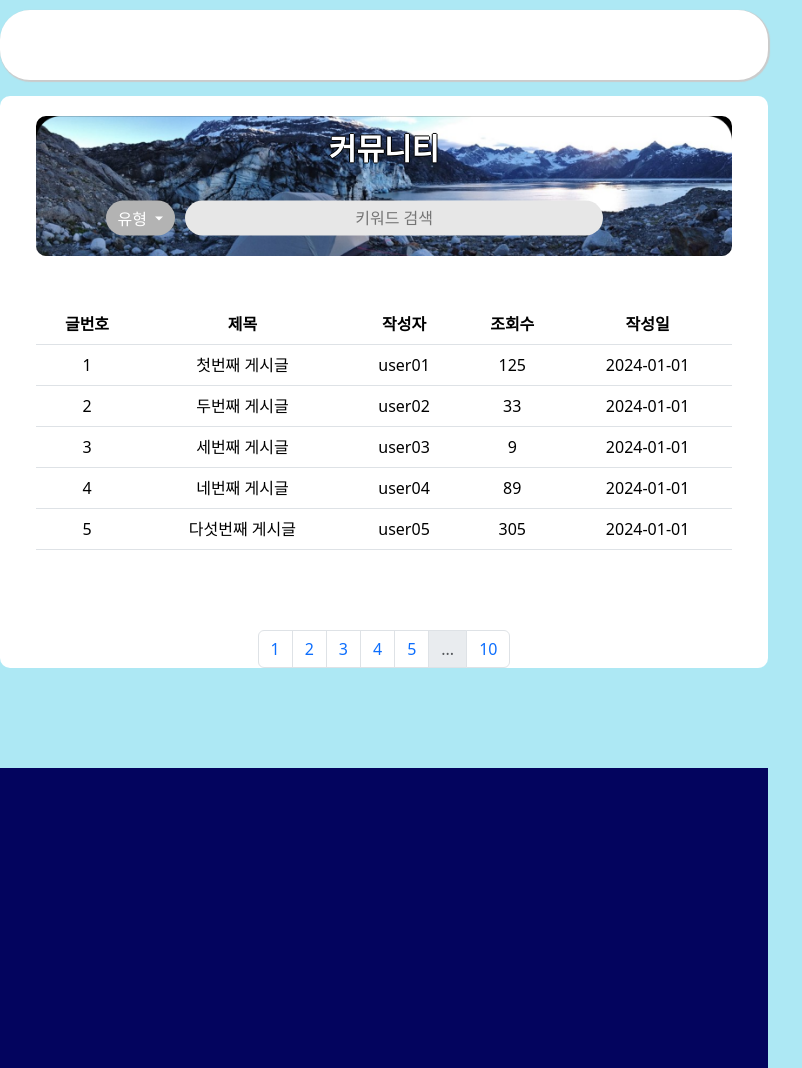
Repository: KimMJ0964/jsp
Page: http://localhost/Trafi/views/community/communityMain.jsp
These files come from the project's save history. The page is drawn as it stood at one moment and after the next save; the edit follows.
The browser window is 768 px wide. The page is 802 px wide, so the pictures cover 802 px, including what lies to the right of the window. The pictures show the whole page.
The page is served by Tomcat 9.

Above is the page before, as saved 2024-09-19 07:47:34.

### Trafi/src/main/webapp/views/community/communityMain.jsp
<%@ page language="java" contentType="text/html; charset=UTF-8"
    pageEncoding="UTF-8"%>
<!DOCTYPE html>
<html lang="ko">
<head>
    <meta charset="UTF-8">
    <meta name="viewport" content="width=device-width, initial-scale=1.0">
    <title>커뮤니티</title>

    <!-- Latest compiled and minified CSS -->
    <link href="https://cdn.jsdelivr.net/npm/bootstrap@5.3.3/dist/css/bootstrap.min.css" rel="stylesheet">

    <!-- Latest compiled JavaScript -->
    <script src="https://cdn.jsdelivr.net/npm/bootstrap@5.3.3/dist/js/bootstrap.bundle.min.js"></script>
    <style>
        body {
            margin: 0;
            padding: 0;
            background-color: #ADE8F4;
        }
        .wrap {
            width: 1246px;
            margin: auto;
            border: 1px solid black;
            border-radius: 20px;
            background-color: white;
            box-shadow: 1px 1px 1px 1px rgb(203, 203, 203);
        }
        #header, #footer, #aside {
            height: 20%;
        }
        #header {
            width: 1284px;
            height: 91px;
            background-color: white;
            border-radius: 30px;
            margin: 0 auto;
            margin-top: 20px;
            margin-bottom: 20px;
            box-shadow: 1px 1px 1px 1px rgb(203, 203, 203);
            display: flex;
            justify-content: space-between;
            align-items: center;
        }

        #header img {
            width: 100px;
        }

        #header .dropdown {
            margin-right: 10px;
        }

        #header button {
            margin-right: 10px;
            background-color: white;
            font-size: 20px;
            color: black;
            font-weight: bold;
            border-style: none;
        }

        #header > .dropdown > button {
            background-color: white;
            font-size: 20px;
            color: black;
            font-weight: bold;
        }

        #footer {
            margin-top: 100px;
            width: 100%;
            height: 300px;
            background-color: #03045E;
        }

        .main_image {
            position: relative;
        }

        .main_image_text {
            position: absolute;
            top: 30%;
            left: 50%;
            transform: translate(-50%, -50%);
            color: white;
            font-weight: 900;
            text-shadow: -1px 0px black, 0px 1px black, 1px 0px black, 0px -1px black;
            font-size:50px;
        }

        #search {
            display: flex;
            align-items: center;
            gap: 10px; /* 간격 조정 */
            margin-top: 10px;
            position: absolute;
            top: 80%;
            left: 55%;
            transform: translate( -30%, -50% );
            text-align: center;
            width: 100%;
        }

        #searchKeyword {
            background-color: rgb(231, 231, 231);
            border-radius: 40px;
            border-style: none;
            width: 40%;
            height: 35px;
            text-align: center;
        }

        .btn {
            background-color: rgb(179, 179, 179);
            border-radius: 40px;
            border-style: none;
            height: 35px;
            text-align: center;
        }

        .createBtn {
            float: right;
            border-radius: 10px;
            border-style: none;
            background-color: rgb(177, 192, 255);
            width: 90px;
            height: 35px;
            font-weight: 600;
            color: white;
        }

        .createBtn:hover {
            background-color: rgb(147, 169, 255);
        }

        .table {
            text-align: center;
        }

        th {
            background-color: #9fd7ff; /* 연한 파랑색 */
        }

        .background-img {
            width: 1221px;
            border-radius: 20px;
        }

        /* 반응형 디자인 - 481px ~ 768px */
        @media (max-width: 768px) and (min-width: 481px) {
            .wrap {
                width: 100%;
                border-radius: 10px;
                box-shadow: none;
                border: none;
            }
            #header {
                width: 100%;
                height: 70px;
                margin-top: 10px;
                margin-bottom: 10px;
            }
            .main_image img {
                width: 100%;
                border-radius: 10px;
                margin-top: 20px;
            }
            .main_image_text {
                font-size: 30px;
                margin-top: 5px;
            }
            #searchKeyword {
                width: 60%;
            }
            #search {
                top: 70%;
                left: 60%;
                transform: translate(-50%, -50%);
            }
            .createBtn {
                width: 100px;
                height: 40px;
            }

            .background-img {
                width: 400px;
                border-radius: 20px;
            }
        }

        /* 모바일 화면 (최대 480px 이하) */
        @media (max-width: 480px) {
            .wrap {
                width: 100%;
                margin: 0;
                border: none;
                box-shadow: none;
                padding: 0 10px;
            }
            #header {
                width: 100%;
                height: 70px;
                margin-top: 10px;
                margin-bottom: 10px;
            }
            .main_image img {
                width: 100%;
                border-radius: 10px;
            }
            .main_image_text {
                font-size: 25px;
            }
            #searchKeyword {
                width: 80%;
            }
            #search {
                top: 90%;
                left: 50%;
                transform: translate(-50%, -50%);
            }
            .createBtn {
                width: 90px;
                height: 35px;
            }

            .background-img {
                width: 400px;
                border-radius: 20px;
            }
        }

    </style>
</head>
<body>
    <div id="header"></div>

    <div class="wrap">
        <div class="container mt-3">
            <div class="main_image">
                <img src="./img/ta.png" class="background-img">
                <h1 class="main_image_text">커뮤니티</h1>
                <div id="search">
                    <div class="dropdown">
                        <button type="button" id="dropdownMenuButton" class="btn btn-primary dropdown-toggle" data-bs-toggle="dropdown">
                            유형
                        </button>
                        <ul class="dropdown-menu" aria-labelledby="dropdownMenuButton">
                            <li><a class="dropdown-item" href="#" onclick="updateDropdownText('작성자')">작성자</a></li>
                            <li><a class="dropdown-item" href="#" onclick="updateDropdownText('제목')">제목</a></li>
                            <li><a class="dropdown-item" href="#" onclick="updateDropdownText('작성일')">작성일</a></li>
                        </ul>
                    </div>
                    <input type="text" id="searchKeyword" placeholder="키워드 검색">
                </div>
            </div>
            <br><br>
            <table class="table table-hover">
                <thead>
                    <tr>
                        <th>글번호</th>
                        <th>제목</th>
                        <th>작성자</th>
                        <th>조회수</th>
                        <th>작성일</th>
                    </tr>
                </thead>
                <tbody>
                    <tr>
                        <td>1</td>
                        <td>첫번째 게시글</td>
                        <td>user01</td>
                        <td>125</td>
                        <td>2024-01-01</td>
                    </tr>
                    <tr>
                        <td>2</td>
                        <td>두번째 게시글</td>
                        <td>user02</td>
                        <td>33</td>
                        <td>2024-01-01</td>
                    </tr>
                    <tr>
                        <td>3</td>
                        <td>세번째 게시글</td>
                        <td>user03</td>
                        <td>9</td>
                        <td>2024-01-01</td>
                    </tr>
                    <tr>
                        <td>4</td>
                        <td>네번째 게시글</td>
                        <td>user04</td>
                        <td>89</td>
                        <td>2024-01-01</td>
                    </tr>
                    <tr>
                        <td>5</td>
                        <td>다섯번째 게시글</td>
                        <td>user05</td>
                        <td>305</td>
                        <td>2024-01-01</td>
                    </tr>
                </tbody>
            </table>
            <br><br>
            <!-- Pagination -->
            <nav aria-label="Page navigation">
                <ul class="pagination justify-content-center mt-3">
                    <li class="page-item"><a class="page-link" href="#">1</a></li>
                    <li class="page-item"><a class="page-link" href="#">2</a></li>
                    <li class="page-item"><a class="page-link" href="#">3</a></li>
                    <li class="page-item"><a class="page-link" href="#">4</a></li>
                    <li class="page-item"><a class="page-link" href="#">5</a></li>
                    <li class="page-item disabled"><a class="page-link" href="#">...</a></li>
                    <li class="page-item"><a class="page-link" href="#">10</a></li>
                </ul>
            </nav>
        </div>
    </div>

    <div id="footer"></div>
</body>
</html>

After the next save:
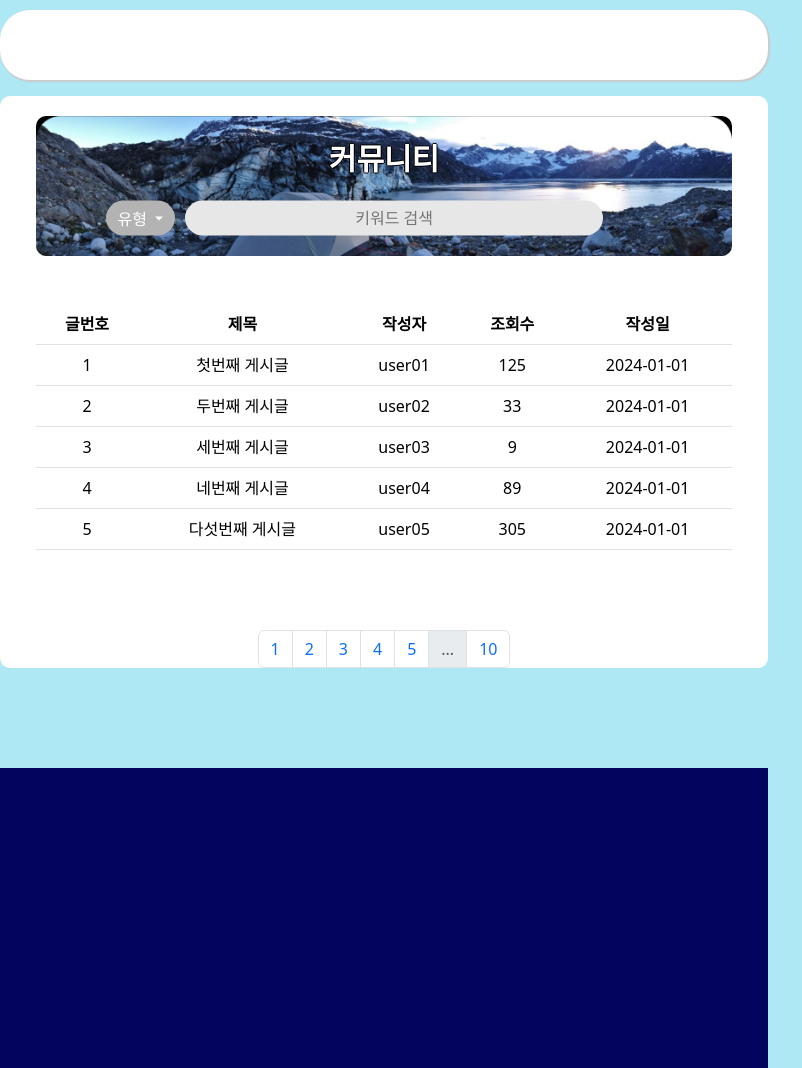
Saved 7 s later.
--- a/Trafi/src/main/webapp/views/community/communityMain.jsp
+++ b/Trafi/src/main/webapp/views/community/communityMain.jsp
@@ -168,7 +168,7 @@
             }
             .main_image_text {
                 font-size: 30px;
-                margin-top: 5px;
+                margin-top: 15px;
             }
             #searchKeyword {
                 width: 60%;

After the save that followed:
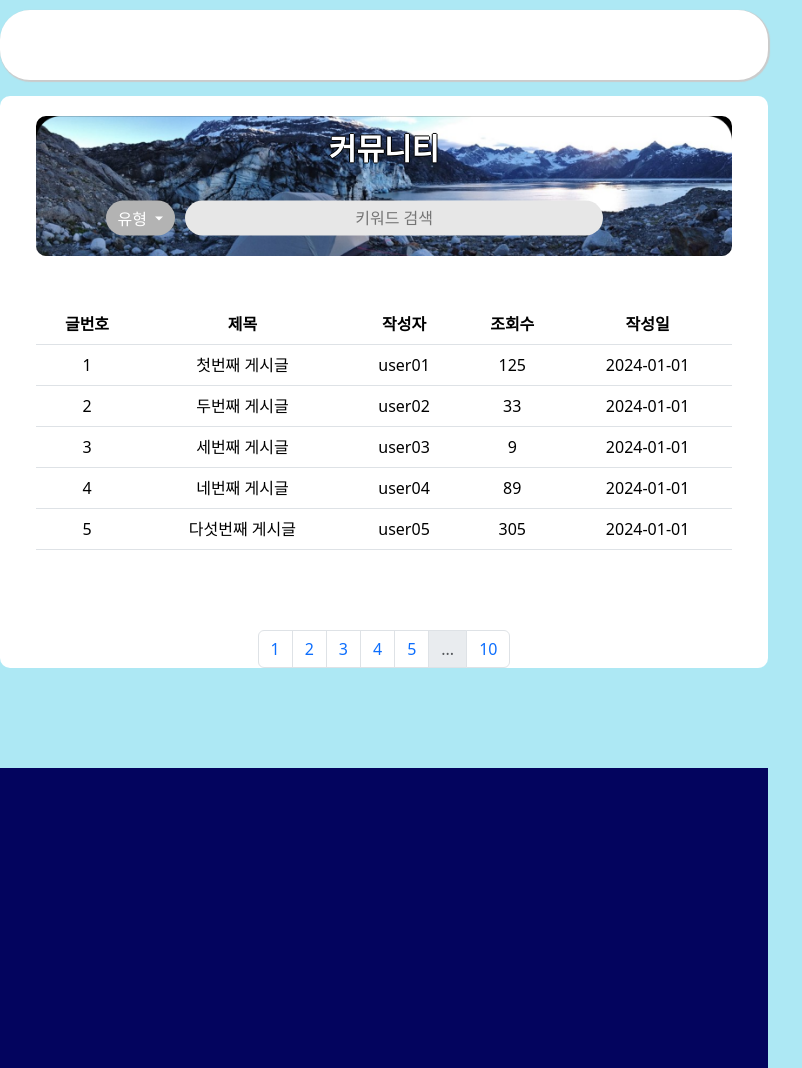
Saved 6 s later.
--- a/Trafi/src/main/webapp/views/community/communityMain.jsp
+++ b/Trafi/src/main/webapp/views/community/communityMain.jsp
@@ -168,7 +168,7 @@
             }
             .main_image_text {
                 font-size: 30px;
-                margin-top: 15px;
+                margin-top: 5px;
             }
             #searchKeyword {
                 width: 60%;
